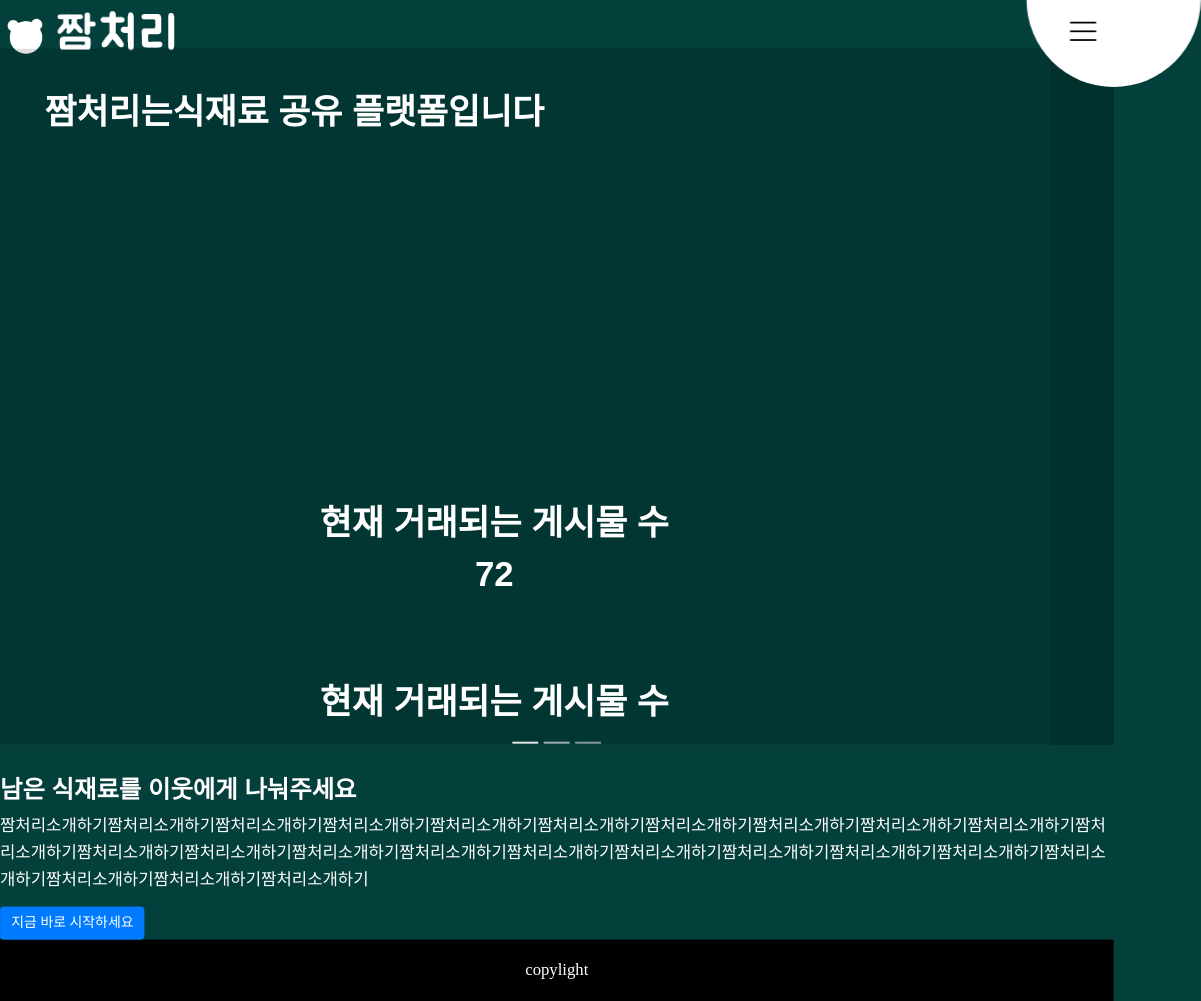
Repository: navang/JJAM_project
Page: http://localhost/jjam/jjam_intro.jsp
These files come from the project's save history. The page is drawn as it stood at one moment and after the next save; the edit follows.
The browser window is 1280 px wide. The page is 1380 px wide, so the pictures cover 1380 px, including what lies to the right of the window. The pictures show the whole page, at 87% of full size.
Some web fonts or font styles are not loaded; a fallback is used. Some web libraries are served in a nearby version. The page is served by Tomcat 9. Nobody is signed in. The application's start-up code is not run. Other server files are loaded and not shown.

Above is the page before, as saved 2019-07-18 07:14:33.

### jjam/src/main/webapp/jjam_intro.jsp
<%@ page language="java" contentType="text/html; charset=UTF-8"
    pageEncoding="UTF-8"%>
<!DOCTYPE html>

<style>
</style>
<head>
    <meta charset="UTF-8">
    <meta name="viewport" content="width=device-width, initial-scale=1.0">
    <meta http-equiv="X-UA-Compatible" content="ie=edge">

    <link rel="stylesheet" href="https://stackpath.bootstrapcdn.com/bootstrap/4.3.1/css/bootstrap.min.css"
        integrity="sha384-ggOyR0iXCbMQv3Xipma34MD+dH/1fQ784/j6cY/iJTQUOhcWr7x9JvoRxT2MZw1T" crossorigin="anonymous">
    <script src="https://code.jquery.com/jquery-3.3.1.slim.min.js"
        integrity="sha384-q8i/X+965DzO0rT7abK41JStQIAqVgRVzpbzo5smXKp4YfRvH+8abtTE1Pi6jizo"
        crossorigin="anonymous"></script>
    <script src="https://cdnjs.cloudflare.com/ajax/libs/popper.js/1.14.7/umd/popper.min.js"
        integrity="sha384-UO2eT0CpHqdSJQ6hJty5KVphtPhzWj9WO1clHTMGa3JDZwrnQq4sF86dIHNDz0W1"
        crossorigin="anonymous"></script>
    <script src="https://stackpath.bootstrapcdn.com/bootstrap/4.3.1/js/bootstrap.min.js"
        integrity="sha384-JjSmVgyd0p3pXB1rRibZUAYoIIy6OrQ6VrjIEaFf/nJGzIxFDsf4x0xIM+B07jRM"
        crossorigin="anonymous"></script>
    <!-- https://getbootstrap.com/docs/4.3/getting-started/introduction/ 부트스트랩에서 가져옴-->


    <link rel="stylesheet" href="./resources/style/main.css">

    <link rel="stylesheet" href="./resources/style/index.css">

    <script src="https://kit.fontawesome.com/825d367943.js"></script>

</head>

<body>
<label>
    <img id="logo" style="width: 60px; height: 60px; position:fixed;" src="./resources/image/character.png" alt=""><img style="margin-left: 60px; position:fixed;" src="./resources/image/JJCR_white1.png">
</label>

    <label>
        <input type="checkbox"></input>
        <span class="menu">
          <span class="hamburger"></span>
        </span>
        <ul>
          <li>
            <a href="#">Home</a>
          </li>
          <li>
            <a href="#">About</a>
          </li>
          <li>
            <a href="#">Work</a>
          </li>
          <li>
            <a href="#">Login</a>
          </li>
        </ul>
      </label>






    <!--------------------------------------------------------------->

<div class="intro_form"> <!--전체화면 분할-->
    <div class=""></div> <!-- 상단 navbar로 인한 공백-->

    <div class=""><!-- carousel 칸-->
            <div class="carousel slide " id="myCarousel" data-ride="carousel">
                    <div class="carousel-inner">

                            <div class="carousel-item active " style="width: 100%">
                                    <img class=""  src="./resources/image/hidden.png" alt="">
                                <div  class="carousel-caption">     <h1>현재 거래되는 게시물 수</h1>
                                     <div style="margin-bottom:100px"><h1 >72</h1>              </div>
                                        <h1>현재 거래되는 게시물 수</h1>
                                </div>
                            </div>
                            <div class="carousel-item">
                                    <img class=""src="./resources/image/hidden.png" alt="">
                                    <div class="carousel-caption">
                                            <h1 class="bigfont">0</h1>
                                            <h1 class="bigfont">123</h1>
                                    </div>
                                </div>
                                 <div class="carousel-item w">
                                        <img class=""  src="./resources/image/hidden.png" alt="">
                                <div class="carousel-caption">
                                        <h1 class="bigfont"></h1>
                                        <h1  >설명</h1>
                                </div>
                            </div>
                        </div>
                    <!-- 좌우 버튼 -->

                    <ul class="carousel-indicators">
                            <li class="active" data-target="#myCarousel" data-slide-to="0"></li>
                            <li data-target="#myCarousel" data-slide-to="1"></li>
                            <li data-target="#myCarousel" data-slide-to="2"></li>
                        </ul>
                 </div>
    </div>


 <div class=""></div>
<div >
        <div class="intro-main" >
             <h1>짬처리는식재료 공유 플랫폼입니다</h1>



            </div>



   </div>

   <!------------------------------------------------------------------------------>

  </div>

   <h3>남은 식재료를 이웃에게 나눠주세요</h3>
             <p>짬처리소개하기짬처리소개하기짬처리소개하기짬처리소개하기짬처리소개하기짬처리소개하기짬처리소개하기짬처리소개하기짬처리소개하기짬처리소개하기짬처리소개하기짬처리소개하기짬처리소개하기짬처리소개하기짬처리소개하기짬처리소개하기짬처리소개하기짬처리소개하기짬처리소개하기짬처리소개하기짬처리소개하기짬처리소개하기짬처리소개하기짬처리소개하기</p>

       <button class="btn btn-primary" type="button">지금 바로 시작하세요 </button><!--다음페이지 링크 버튼-->
   <div class="footer">copylight</div>

</body>


</html>

### jjam/src/main/webapp/resources/style/main.css
@charset "utf-8";

@font-face {
    font-family: NanumSquareR;
    src: url(../font/NanumSquareR.woff) format('woff');
}

@font-face {
    font-family: NanumSquareL;
    src: url(../font/NanumSquareL.woff) format('woff');
}

@font-face {
    font-family: NanumSquareB;
    src: url(../font/NanumSquareB.woff) format('woff');
}





/* background*/


h1, h2, h3, h5, p {
    font-family: NanumSquareR, sans-serif;
    font-weight: 500;
    color: white;
}
h4{
    font-family: NanumSquareR, sans-serif;
    font-weight: 500;
    color: black;
}

h1, h2, h3 {
    margin-top: 10px;
    margin-bottom: 10px;
    font-weight: 700;
}

body{
  	font-family:BMJUA;
    background: #033f3b;
}
#logo{
	width: 60px; height: 60px;
}
#jcr{
	margin-left: 60px; position:fixed;
}
#top_navbar {
    background: rgba(0,0,0,0.7);
}
#top_navcolor {
    background-color: #147b6b;
}

#top_navbar-nav > li > a {
    padding-top: 20px;
    padding-bottom: 20px;
}

.separator {
    background: #59e;
    margin-top: 80px;
    padding: 21px;
    text-align: center;
    color: #fff;
}

.red {
    background: #fcc;
    border: #eaa solid 4px;
}

/* .yellow { */
/*     background: #f6f6c0; */
/*     border: #dd7 solid 4px; */
/* } */


.green {
    font:white;
    background: #147b6b;

}

.bluegreen {
    background: #aee;
    border: #8dd solid 4px;
}
<<<<<<< HEAD


/* .blue { */
=======
/* .blue { */
/*     background: #bcf; */
/*     border: #9ae solid 4px; */
/* } */

>>>>>>> 7f7c7283d27dcf0b9cae4bf84bee2c912e11a8f9
.blue {
    background: #bcf;
    border: #9ae solid 4px;
}
/*1_ intro*/
.intro_form{
    display: grid;
     grid-template-columns: 100%;
<<<<<<< HEAD
    grid-template-rows: 30px 850px 850px ;
=======
    grid-template-rows: 30px 850px 300px ;
>>>>>>> 7f7c7283d27dcf0b9cae4bf84bee2c912e11a8f9
}
.intro-main{
  position: absolute;
  top: 15%;
  left: 20%;
  transform: translate(-20%, -20%);
  width: 80%;

}
.intro-desc{
	display:grid;
	 grid-template-columns: 15% 70% 15%;
    grid-template-rows:  250px 80px ;
}

/*  풀어주기   */
.map-custom{
	width:100%;
	height:700px;
	position:relative;
	overflow:hidden;
	border-radius:30px;
}


.bigfont{
	font-size: 700px;
    text-align: center;

    font-family: NanumSquareL;
    src: url(../font/NanumSquareL.woff) format('woff');

}


.white-text {
    color: white;
}

.row{
     display : grid;
     grid-template-columns: 100%;
     grid-template-rows: 70px 850px 100px ;
}
.mypage{
	display: grid;
	  grid-template-columns: 20% 60% 20%;
     grid-template-rows: 400px 1400px ;
}
.mypage-columns{
	display:grid;
	  grid-template-columns: 30% 70%;
 	text-align: center;

}
.mypage-rows{
	display:grid;
	  grid-template-rows: 30% 70%;


}
/* 햄버거*/
.ham{
	width:100px;
}

/* 2_search 페이지 */
.search{
    display : grid;
    grid-template-columns: 25% 50% 25%;
    grid-template-rows: 100px 300px 40px 50px 20px;
}
.search-grid {

    display : grid;
    text-align: center;
    grid-template-columns: 20% 20% 20% 20% 20%;
    grid-template-rows: 100px 100px 100px 100px 100px;
}
/* 3 form*/
/* 전체화면 분할*/
.modal-form{
    display : grid;
    grid-template-columns: 15% 70% 15%;
    grid-template-rows: 60px 780px  50px;

}
/* 가운데화면 분할*/
.modal-form-grid{
    display : grid;
    grid-template-columns: 60% 40%;
    grid-template-rows: 60px  700px 70px;

}
/* */
.modal-inner-grid{
    display : grid;
    grid-template-columns: 50% 50%;

}

.modal-size{
    position: absolute;


}
/* modal fullsize*/
.modal-dialog.modal-fullsize {
    width: 150%; height: 100%; margin: 0; padding: 0;
}
.modal-content.modal-fullsize {
    height: auto;
    min-height: 100%;
    border-radius: 0;
  }
.btn-create{
	text-decoration:none;
	width:100%;
	height:40px;
	font-size:20px;
	border-radius:30px;
	background:#147b6b;
	color:white;
	box-shadow: 0px 3px 0px black;
	border: 2px solid white;
}
.btn-create:hover .btn-create:focus, btn-create:active {
	background:#073d35;

}

/* info modal img*/
.img-chatmodal{
    width:1900px;
    height: 950px;
    background-image:url('../image/chatbot_modal.png');
}

/*게시물 리스트*/
.form-list {
    display: grid;
    grid-template-columns:3% 20% 3% 74%;
    padding: 10px;
}


/* 5*5 그리드 */
#grid{
    display: grid;
    text-align: center;
    grid-template-columns:150px 150px 150px 150px 150px 150px;
}
/* 메인 1 페이지  */
.wrapper {
    display: grid;
    grid-template-columns: 5% 55% 40% ;
    grid-template-rows: 100px 7px 100px 30px 100px 100px 30px 100px 100px;
}

/* 4 login form*/
.login{
    display : grid;
    grid-template-columns: 30% 800px 27%;
    grid-template-rows: 100px 800px ;
}
.login-set{
    color : #1f0a01;
    background-color: white;
    border-radius: 15px;
    display:grid;
    grid-template-rows: 80px 380px 300px 40px;
    text-align: center;

}
.login-set.login-form{
    display: grid;
    grid-template-columns:240px 320px 240px;
    grid-template-rows: 100px 100px 100px ;

}
.design-border{
    border: silver solid 2px;
}

/* 7_result*/
.result-form{
    display: grid;
     grid-template-columns: 15% 70% 15%;
    grid-template-rows: 200px 300px 300px ;
}
.result-form-item{
	display:grid;
	  text-align:center;
	  grid-template-columns:100%;

}
.result-form-item-line{
	 background:white;
 	text-align:center;
	  border-radius: 50px;
	  width:73%;
	  height:3px;
	  margin-left:180px;

}
.result-button{
	width:100px;
	height:40px;
	border-radius:30px;
	background:white;

}
/* footer*/
.footer {
    left: 0;
    bottom: 0;
    width: 100%;
	padding: 20px 0;
	text-align: center;
	color: white;
	background:  black;
}
.card {
  height: 30%;
}
.card-columns {
    @include media-breakpoint-only(lg) {
      column-count: 4;
    }
    @include media-breakpoint-only(xl) {
      column-count: 5;
    }
  }
@media(max-width:375px){
#logo{
	width: 30px; height: 30px; position:fixed;
}
#jcr{
	margin-left: 35px; position:fixed; height: 30px;
}
    .search{
        display : grid;
        grid-template-columns: 0px 100% 0px;
        grid-template-rows: 100px 600px 30px 30px 20px ;
    }
      /* 5*5 그리드 */
    #grid{
    display: grid;
    text-align: center;
    grid-template-columns:160px 160px 160px;
}

    .wrapper {
    display: grid;
    grid-template-columns: 5% 90% 5% ;
    grid-template-rows: 100px 60px 30% 30px 70px 100px 100px 100px 10px;
    }
    .search-grid {

        display : grid;
        text-align: center;
        grid-template-columns: 25% 25% 25% 25%;
        grid-template-rows: 50px  50px  50px 50px  50px  50px;
    }


    .mypage{
	display: grid;
	  grid-template-columns: 100%;
     grid-template-rows: 0px  0px   170px  0px   500px;
}
.mypage-columns{
	display:grid;
	 grid-template-columns: 100%;
		  grid-template-rows: 400px 50%;

}
.mypage-rows{
	display:grid;

		  grid-template-template: 100%;
		   grid-template-rows: 60% 40%;
}
.mypage-menu{
	display:grid;

		  grid-template-rows: 25% 25% 25% 25%;
}


    /*챗 모달 사용설명서*/
    .img-chatmodal{
        width:640px;
        height: 950px;
        background-image:url('../image/chatbot_modal_mobile.png');

    }
    /* modal fullsize*/
    .modal-dialog.modal-fullsize {
    width: 100%; height: 100%; margin: 0; padding: 0;
    }
    .modal-content.modal-fullsize {
    height: auto;
    min-height: 100%;
    border-radius: 0;
  }
    /* 가운데화면 분할*/
.modal-form{
    display : grid;
    grid-template-columns: 15% 70% 15%;
    grid-template-rows: 60px 780px  50px;

}
/* 가운데화면 분할*/
.modal-form-grid{
    display : grid;
    grid-template-columns: 60% 40%;
    grid-template-rows: 60px  700px 70px;

}

    .modal-inner-grid{
        display : grid;
        grid-template-columns: 100%;

    }
    /* 4 login form*/
    .login{
    display : grid;
    grid-template-columns: 0px 640px 0px;
    grid-template-rows: 50px 640px ;
}
.result-form{
    display: grid;
     grid-template-columns: 0% 100% 0%;
    grid-template-rows: 100px 700px 100px ;
}
.ham{
	width:100px;
}
/* footer*/
.footer {
    left: 0;
    bottom: 0;
    width: 100%;
	padding: 20px;
	text-align: center;
	color: white;
	background:  black;
}

/*1_ intro*/
.intro_form{
    display: grid;
     grid-template-columns: 100%;
    grid-template-rows: 30px 360px 550px ;
}
.intro-main{
  position: absolute;
  font-size: 20px;
  top: 50%;
  left: 20%;
  transform: translate(-20%, -20%);
  width: 80%;

}
.intro-desc{
	display:grid;
	 grid-template-columns: 10% 80% 10%;
    grid-template-rows:  550px 150px ;
}

/*  풀어주기   */
.map-custom{
	width:700px;
	height:700px;
	position:relative;
	overflow:hidden;
	margin-left: 80px;
	border-radius:30px;
}


.bigfont{
	left:50%;
	transform:rotate(30deg);
	font-size: 300px;
    text-align: left;

    font-family: NanumSquareL;
    src: url(../font/NanumSquareL.woff) format('woff');

}


}

### jjam/src/main/webapp/resources/style/index.css
@import url('https://fonts.googleapis.com/css?family=Cutive+Mono');
*, *:before, *:after {
  box-sizing: border-box;
}

@font-face { font-family: 'BMJUA'; src: url('https://cdn.jsdelivr.net/gh/projectnoonnu/noonfonts_one@1.0/BMJUA.woff') format('woff'); font-weight: normal; font-style: normal; }

body {

  font-size: 1.2em;
  line-height: 1.6;

  overflow-x: hidden;
}
label .menu {
  position: absolute;
  right: -100px;
  top: -100px;
  z-index: 100;
  width: 200px;
  height: 200px;
  background: #fff;
  border-radius: 50% 50% 50% 50%;
  transition: 0.5s ease-in-out;
  box-shadow: 0 0 0 0 #fff, 0 0 0 0 #fff;
  cursor: pointer;
}
label .hamburger {
  position: absolute;
  top: 135px;
  left: 50px;
  width: 30px;
  height: 2px;
  background: #000;
  display: block;
  transform-origin: center;
  transition: 0.5s ease-in-out;
}
label .hamburger:after, label .hamburger:before {
  transition: 0.5s ease-in-out;
  content: "";
  position: absolute;
  display: block;
  width: 100%;
  height: 100%;
  background: #000;
}
label .hamburger:before {
  top: -10px;
}
label .hamburger:after {
  bottom: -10px;
}
label input {
  display: none;
}
label input:checked + .menu {
  box-shadow: -400px 0 0   #fff, -350px 0 0   #fff,-300px 0 0 #fff,-250px 0 0 #fff,  -200px 0 0 #fff,-150px 0 0 #fff, -100px 0 0 #fff,-50px 0 0 #fff;
  border-radius: 50px;
}
label input:checked + .menu .hamburger {
  transform: rotate(45deg);
}
label input:checked + .menu .hamburger:after {
  transform: rotate(90deg);
  bottom: 0;
}
label input:checked + .menu .hamburger:before {
  transform: rotate(90deg);
  top: 0;
}
label input:checked + .menu + ul {
  opacity: 1;
}
label ul {
	font-family:BMJUA;
	width:500px;
	height:50px;
  z-index: 200;
  position: absolute;
  top: 5%;
  left: 84%;
 transform: translate(-50%, -50%);
  opacity: 0;
  transition: 0.25s 0s ease-in-out;


}
label a {

  margin-bottom: 1em;
  display: block;
  color: #000;
  text-decoration: none;
}
label a:hover, label a:focus{
	text-decoration:none;
	color:#76afa7;

}
.menubar{
	display:inline-block;
	margin-left:30px;
}

@media(max-width:375px){

body {

  font-size: 1.2em;
  line-height: 1.6;

}
label .menu {
  position: absolute;
  right: -100px;
  top: -100px;
  z-index: 100;
  width: 200px;
  height: 200px;
  background: #fff;
  border-radius: 50% 50% 50% 50%;
  transition: 0.5s ease-in-out;
  box-shadow: 0 0 0 0 #fff, 0 0 0 0 #fff;
  cursor: pointer;
}
label .hamburger {
  position: relative;
  top: 135px;
  left: 50px;
  width: 30px;
  height: 2px;
  background: #000;
  display: block;
  transform-origin: center;
  transition: 0.5s ease-in-out;
}
label .hamburger:after, label .hamburger:before {
  transition: 0.5s ease-in-out;
  content: "";
  position: relative;
  display: block;
  width: 100%;
  height: 100%;
  background: #000;
}
label .hamburger:before {
  top: -10px;
}
label .hamburger:after {
  bottom: -10px;
}
label input {
  display: none;
}
label input:checked + .menu {
  box-shadow: -200px 0 0  100vw  #fff ;
  border-radius: 50px;
}
label input:checked + .menu .hamburger {
  transform: rotate(45deg);
}
label input:checked + .menu .hamburger:after {
  transform: rotate(90deg);
  bottom: 0;
}
label input:checked + .menu .hamburger:before {
  transform: rotate(90deg);
  top: 0;
}
label input:checked + .menu + ul {
  opacity: 1;
}
label ul {
	font-family:BMJUA;
	width:200px;
	height:50px;
  z-index: 200;
  position: relative;
  top: 50%;
  left: 0%;
 transform: translate(40%, 50%);
  opacity: 0;
  transition: 0.25s 0s ease-in-out;

}
label a {

  margin-bottom: 1em;
  display: block;
  color: #000;
  text-decoration: none;
}
label a:hover, label a:focus{
	text-decoration:none;
	color:#76afa7;

}
.menubar{
	display:inline-block;
	margin-left:40px;
}
#myCarousel {
	padding:0px;
	margin: 0px;
}

}

After the next save:
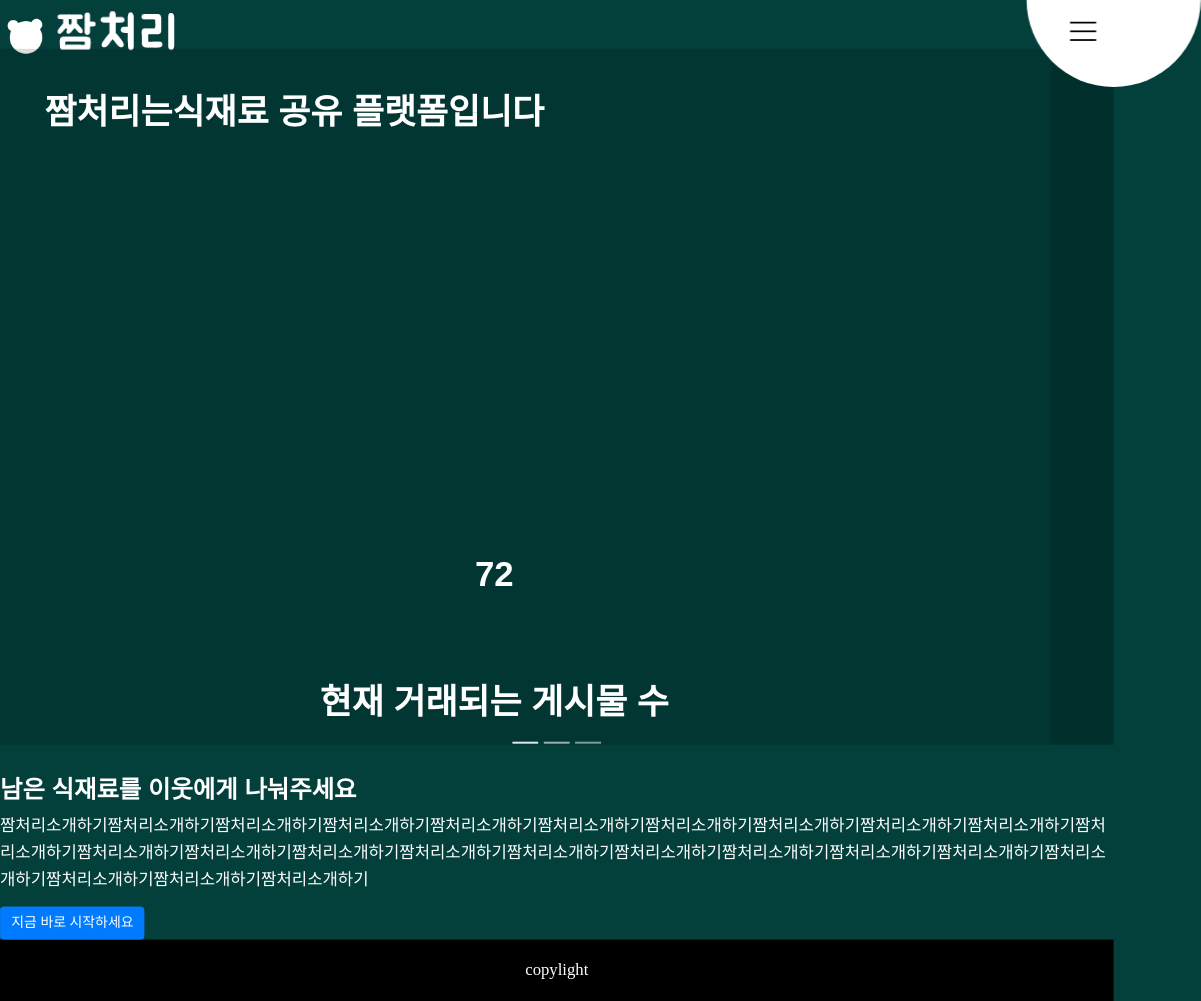
Saved 4 min 1 s later.
--- a/jjam/src/main/webapp/jjam_intro.jsp
+++ b/jjam/src/main/webapp/jjam_intro.jsp
@@ -71,10 +71,10 @@
             <div class="carousel slide " id="myCarousel" data-ride="carousel">
                     <div class="carousel-inner">
 
-                            <div class="carousel-item active " style="width: 100%">
+                            <div class="carousel-item active" >
                                     <img class=""  src="./resources/image/hidden.png" alt="">
-                                <div  class="carousel-caption">     <h1>현재 거래되는 게시물 수</h1>
-                                     <div style="margin-bottom:100px"><h1 >72</h1>              </div>
+                                <div  class="carousel-caption">
+                                     <div style="margin-bottom:100px"><h1 >72</h1></div>
                                         <h1>현재 거래되는 게시물 수</h1>
                                 </div>
                             </div>
